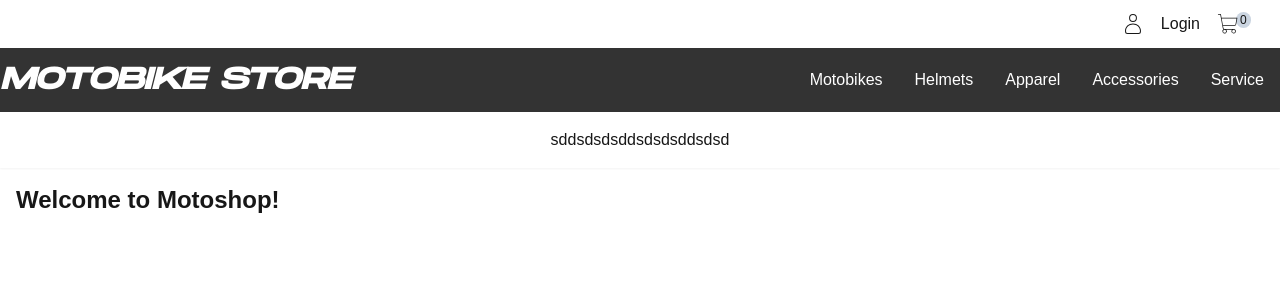
Repository: Than-sothearak/next-motoshop
Page: /
These files come from the project's save history. The page is drawn as it stood at one moment and after the next save; the edit follows.
The browser window is 1280 px wide. The pictures show the whole page.
The project was rebuilt for these pictures with package versions that can differ from the ones it lists, and the page was loaded fresh each time. The framework's server and built-in components were replaced by stand-ins that run in the browser. Also part of the build but not shown: next.config.mjs.

Above is the page before, as saved 2024-10-10 21:24:52.

### app/layout.js
import localFont from "next/font/local";
import "./globals.css";
import Navbar from "./components/Navbar";

export const metadata = {
  title: "Create Next App",
  description: "Generated by create next app",
};

export default function RootLayout({ children }) {
  return (
    <html lang="en">
      <body

      >
        <Navbar />
        {children}
      </body>
    </html>
  );
}

### app/page.js
export default function Home() {
  return (
    <div className="p-4">
    <h1 className="text-2xl font-bold">Welcome to Motoshop!</h1>
    {/* Product listing here */}
  </div>
  );
}

### app/components/Navbar.js
'use client'
import { PiShoppingCartThin } from "react-icons/pi";
import { CiUser } from "react-icons/ci";
import { usePathname } from "next/navigation";
const links = [
  { title: "Motobikes", link: "/motobike" },
  { title: "Helmets", link: "/helmets", subLink: [{title: 'Fullface', link:'/helmets/fullface'}] },
  { title: "Apparel", link: "/apparel" },
  { title: "Accessories", link: "/accessories" },
  { title: "Service", link: "/service" },
];
export default function Navbar() {
  const partName = usePathname();
  console.log(partName)
  return (
    <>
      <div className="flex gap-4 h-12 justify-end px-10 items-center">
        <CiUser size={24} className="cursor-pointer" />
        Login
        <div>
          <div className="relative">
            <p className="absolute bg-slate-300 text-xs rounded-full px-1 left-5">
              0
            </p>
          </div>
          <PiShoppingCartThin size={24} className="relative cursor-pointer" />
        </div>
      </div>
      <nav className="mx-auto text-black bg-black/80 flex justify-between relative">
        <div className="container mx-auto flex justify-between items-center">
          <div className="h-16 flex justify-center items-center">
            <a
              href="/"
              className="italic font-bold text-3xl font-monument text-white uppercase"
            >
              Motobike store
            </a>
          </div>

          <div className="flex text-white">
            {links.map((link) => (
              <div
                key={link.title}
                className={`${partName === link.link ? 'bg-black underline' : ''} flex gap-4 h-16 px-4 justify-center items-center`}
              >
                <a href={link.link} className="cursor-pointer hover:underline">
                  <h3>{link.title} </h3>
                </a>
              </div>
            ))}
          </div>
        </div>
      </nav>
      <div className="shadow-sm p-4">
        <div className="container mx-auto  justify-center flex">
          <ul>
            <a>sddsdsd</a>
            <a>sddsdsd</a>
            <a>sddsdsd</a>
          </ul>
        </div>
      </div>
    </>
  );
}

Loaded but not shown: app/globals.css (common file); tailwind.config.js (common file)

After the next save:
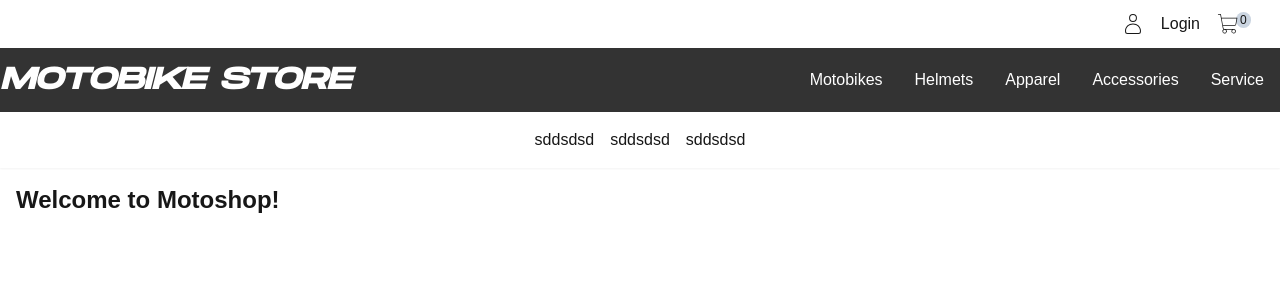
Saved 7 s later.
--- a/app/components/Navbar.js
+++ b/app/components/Navbar.js
@@ -53,7 +53,7 @@ export default function Navbar() {
       </nav>
       <div className="shadow-sm p-4">
         <div className="container mx-auto  justify-center flex">
-          <ul>
+          <ul className="flex gap-4">
             <a>sddsdsd</a>
             <a>sddsdsd</a>
             <a>sddsdsd</a>
